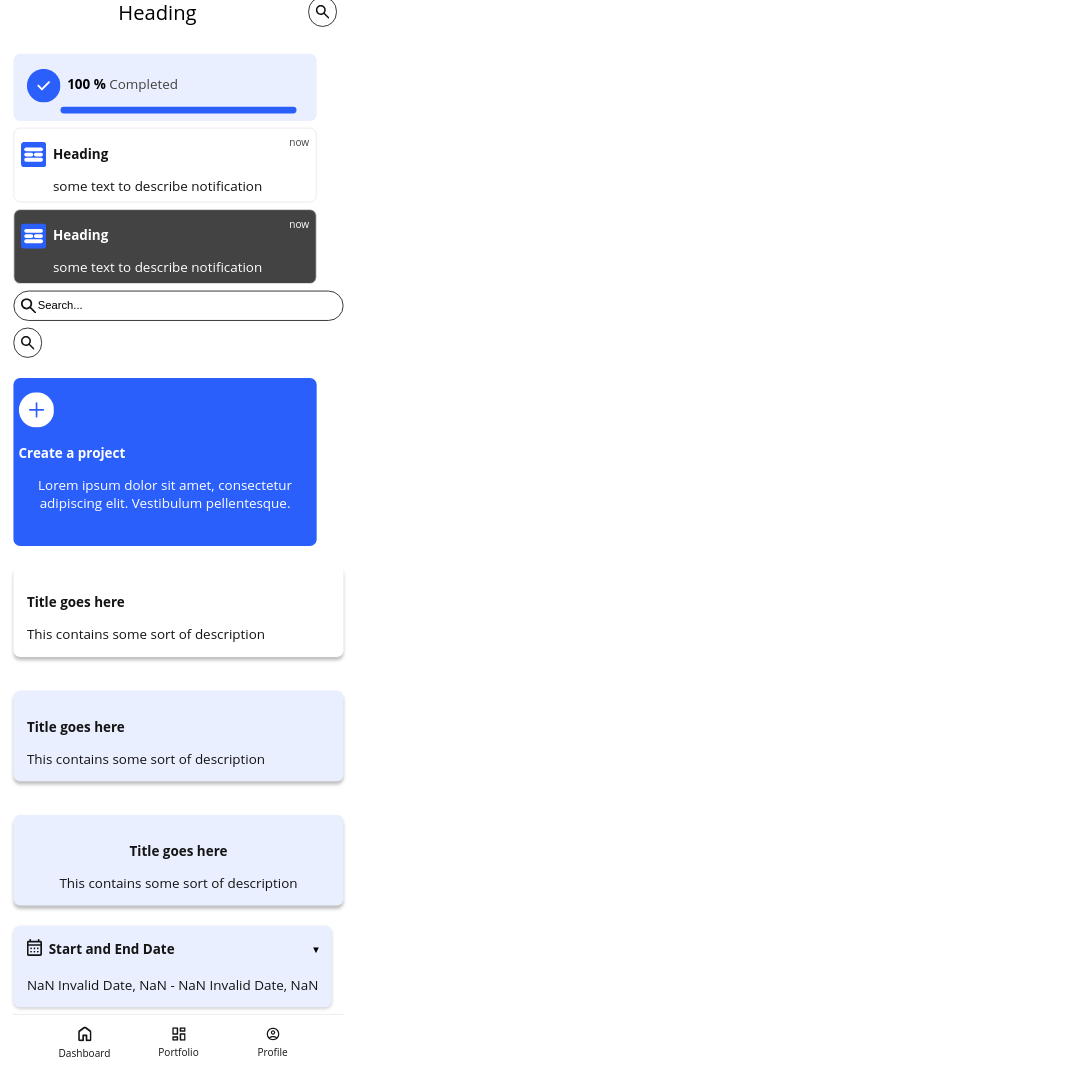
Repository: brunaguarizo/mosaic_app
Page: /
These files come from the project's save history. The page is drawn as it stood at one moment and after the next save; the edit follows.
The browser window is 1280 px wide. The pictures show the whole page, at 84% of full size.
The project was rebuilt for these pictures with package versions that can differ from the ones it lists, and the page was loaded fresh each time. The framework's server and built-in components were replaced by stand-ins that run in the browser. Also part of the build but not shown: next.config.mjs, app/_ui/Button/Button.js, app/_ui/Tag/Tag.js, app/_ui/Project_card/Project_card.js, app/_ui/Date_PopUp/Date_PopUp.module.css, app/_ui/Date_PopUp/Date_PopUp.js.

Above is the page before, as saved 2025-04-18 20:12:14.

After the next save:
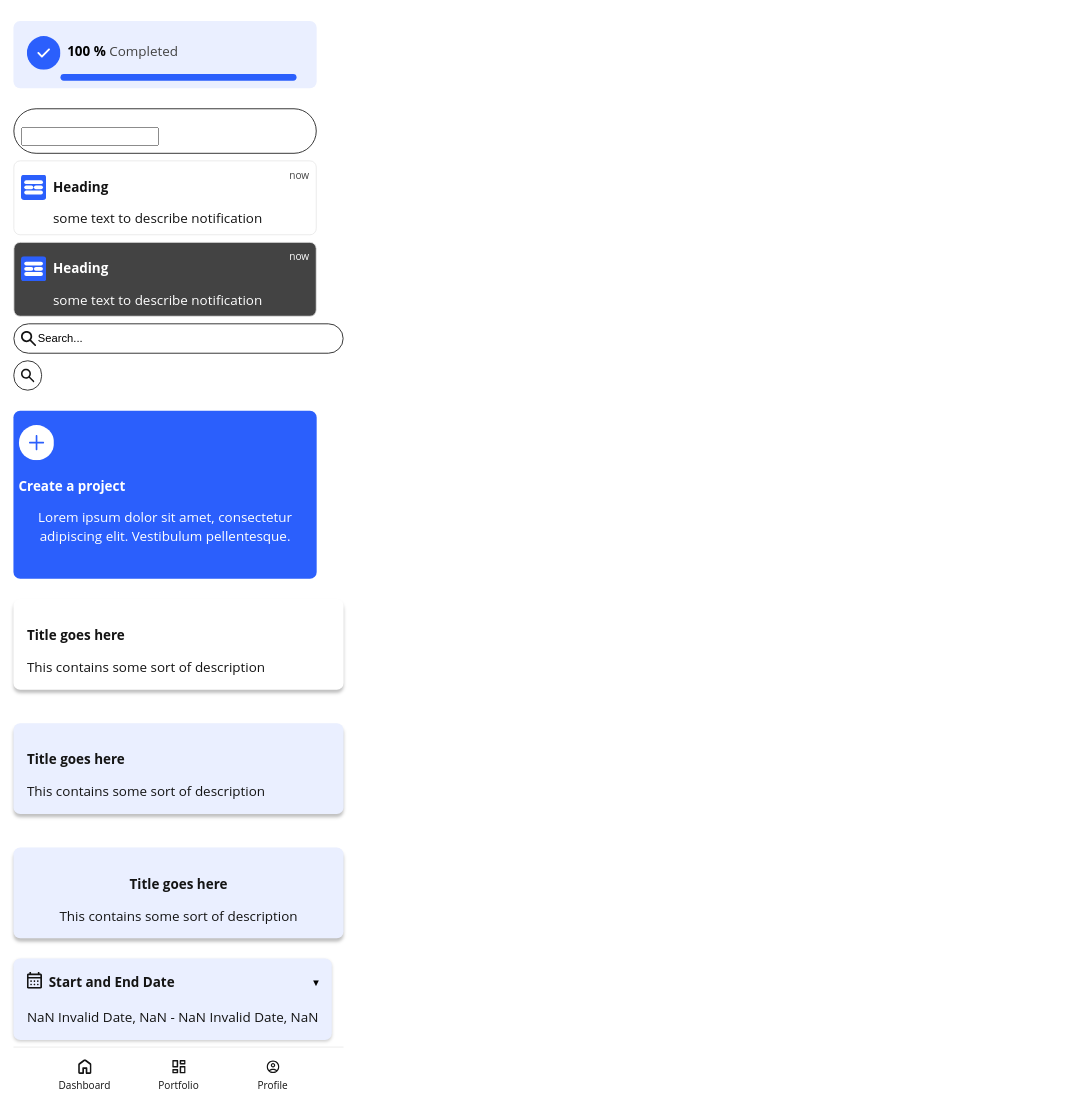
Saved 39 s later.
--- a/app/page.js
+++ b/app/page.js
@@ -10,6 +10,7 @@ import Searchbar from "./_ui/Search_Bar/Search_Bar";
 import Headingbar from "./_ui/Heading_Bar/Heading_Bar";
 import NotificationBox from "./_ui/Notification_Box/Notification_Box";
 import ProgressBar from "./_ui/Progress_Bar/Progress_Bar";
+import SingleInput from "./_ui/Input_Box/Input_Box";
 
 export default function Home() {
     return (
@@ -31,6 +32,7 @@ export default function Home() {
                 type='heading'
             />
             <ProgressBar CompletionAmount={100} />
+            <SingleInput />
             <NotificationBox
                 type='primary'
                 notificationHeading='Heading'
